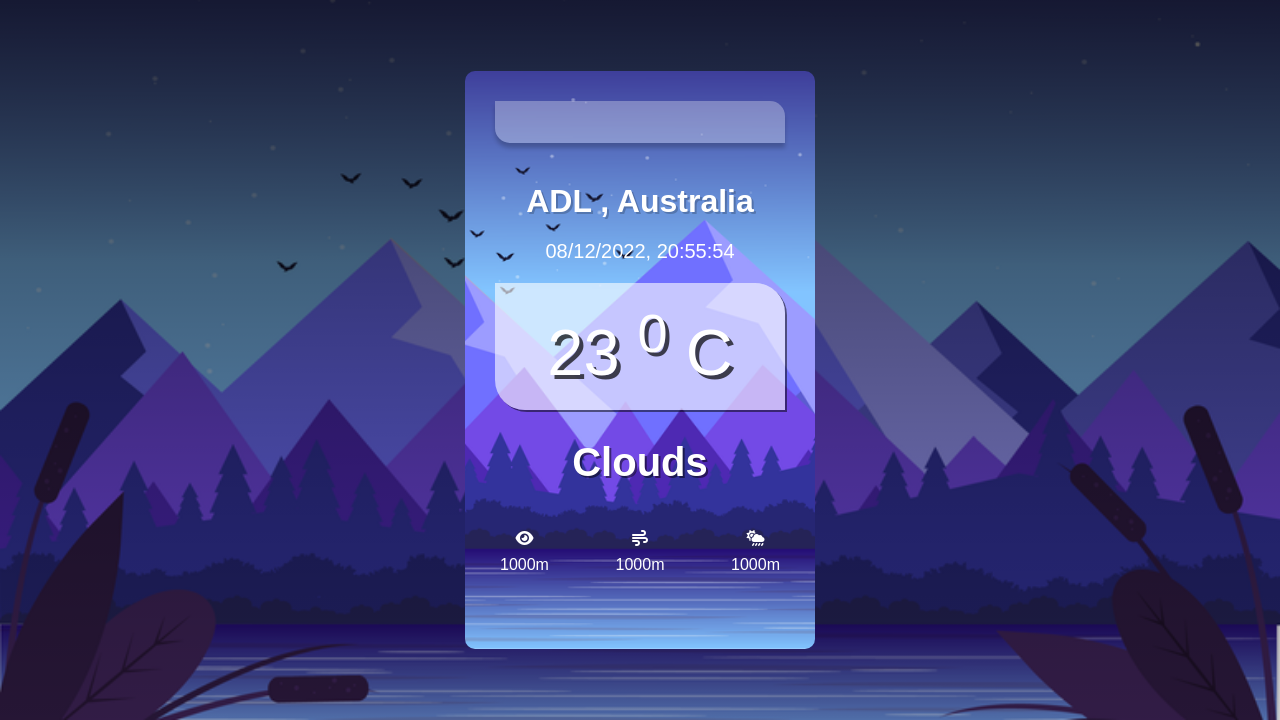
Repository: andrewhuynh561/weather-app-1
Page: index.html
The author's editor kept a copy of each file at every save. The page is drawn from the files as they stood at one save, then again after the next save.
The browser window is 1280 px wide. The pictures show the whole page.

Above is the page before, as saved 2022-12-12 20:33:33.

After the next save:
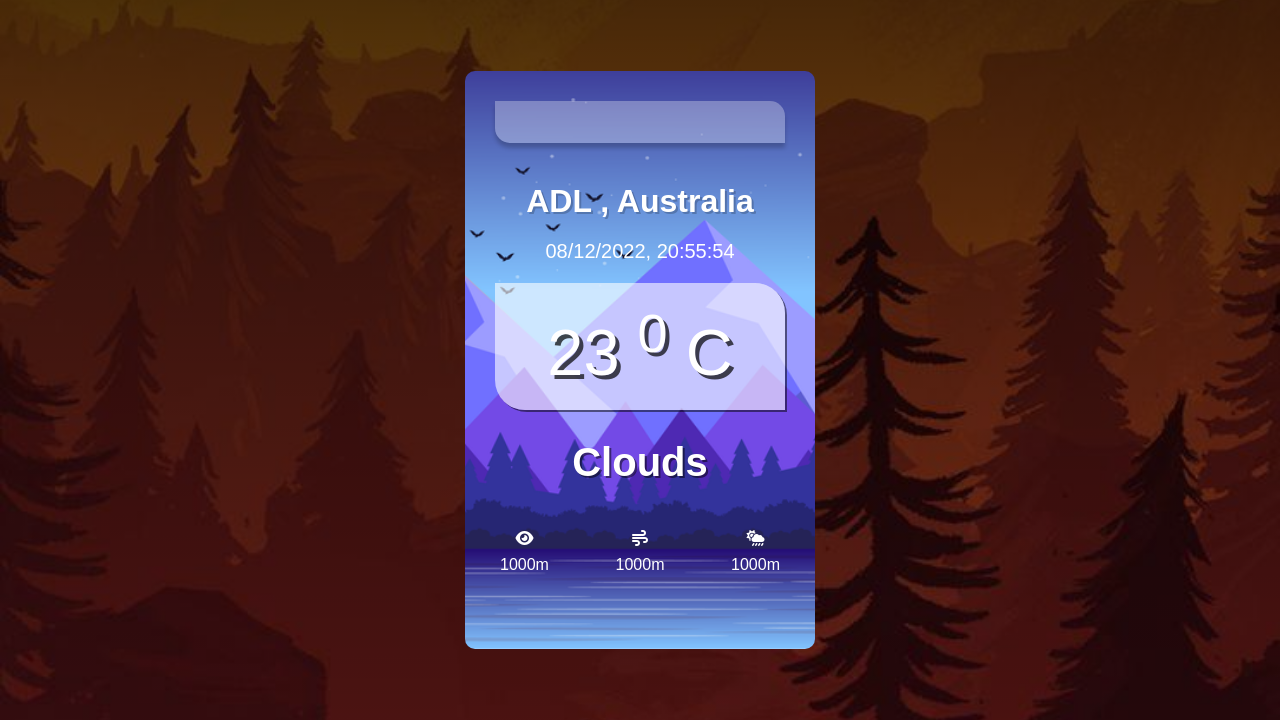
Saved 60 s later.
--- a/index.html
+++ b/index.html
@@ -13,7 +13,7 @@
      referrerpolicy="no-referrer">
     <link rel="stylesheet" href="style.css">
 </head>
-<body>
+<body class="hot">
     <div id="weather">
         <input type="text" class="search">
         <div class="content">
